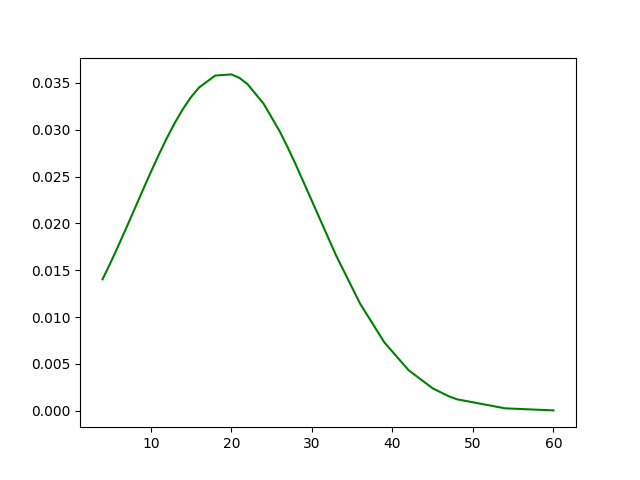
Repository: Suelt/Hust-SE-introduction-to-ML
Script's output: python Bayes Classification/Gaussian.py
The author's editor kept a copy of each file at every save. The script's output is drawn from the files as they stood at one save, then again after the next save.
Each picture stacks the figures in order, with grey between them; figures that are only written to a file come last. Random numbers start from a fixed seed.

Above is the script's output before, as saved 2021-04-28 12:15:29.

### Bayes Classification/Gaussian.py
import pandas as pd
import numpy as np
import matplotlib.pyplot as plt
import seaborn as sns
from scipy.stats import norm
credit = pd.read_csv("C:\\pyproject\\Bayes Classification\\transformed.csv")

df=credit[credit['credit_risk'].isin(['good'])]
list_status=df['duration']
length=list_status.shape[0]

values = list_status.value_counts().keys().tolist()
values.sort()
# Gaussian_result={}
# whole_percent=0
# rate=0
# #calculate the whole rate
# for value in values:
#     rate=list_status.value_counts()[value]/length
#     whole_percent+=rate
#     Gaussian_result[value]=whole_percent
# fig = plt.figure()
# ax = fig.add_subplot()
# x=[]
# y=[]
# for value in values:
#     x.append(value)
#     y.append(Gaussian_result[value])
# parameter = np.polyfit(x, y, 3)
# y2=[]

# for i in x:
#     y2_value = parameter[0] * i ** 3 + parameter[1] * i ** 2 + parameter[2] * i + parameter[3]
#     y2.append(y2_value)
# print(x)
# plt.scatter(x, y)
# plt.plot(x, y2, color='g')
# # for value in values:
# #     ax.scatter(value, list_status.value_counts()[value])
# ax.set_xlabel('value')
# ax.set_ylabel('value_counts')
# plt.grid()
# plt.show()

# sns.set()
# x=list(df['duration'])
# sns.distplot(x)



fig = plt.figure()
ax = fig.add_subplot()
arr_mean = np.mean(list_status)
arr_std = np.std(list_status,ddof=1)
gaussian_result=[]
y=[]
x=[]
for i in values:
    r_2 = norm.pdf(i, loc=arr_mean, scale=arr_std)
    y.append(r_2)
    x.append(i)
plt.plot(x,y,color='g')
plt.show()

Loaded but not shown: Bayes Classification/transformed.csv (1001 lines, source omitted)

After the next save:
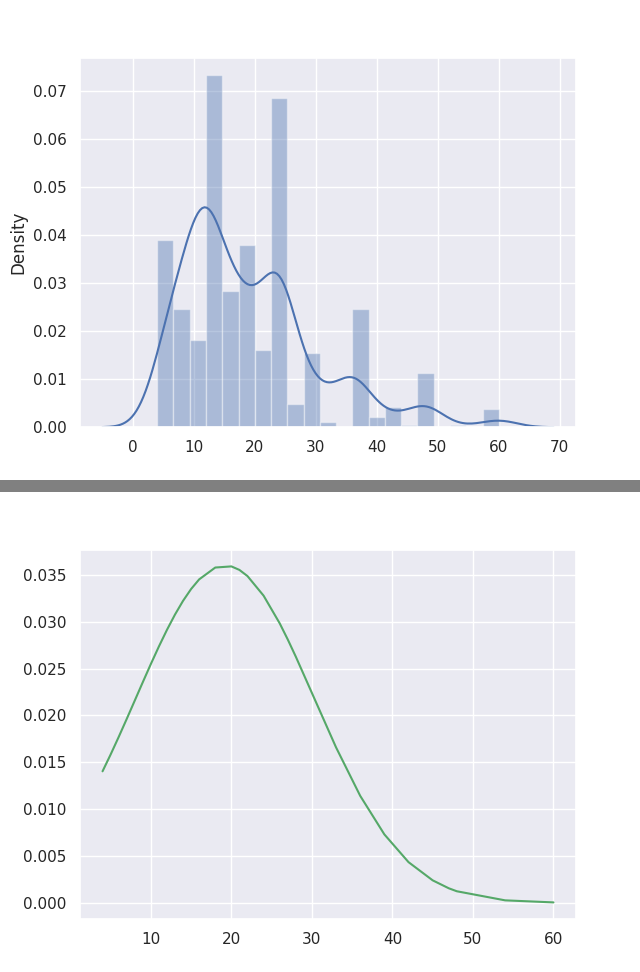
Saved 106 s later.
--- a/Bayes Classification/Gaussian.py
+++ b/Bayes Classification/Gaussian.py
@@ -42,9 +42,9 @@ values.sort()
 # plt.grid()
 # plt.show()
 
-# sns.set()
-# x=list(df['duration'])
-# sns.distplot(x)
+sns.set()
+x=list(df['duration'])
+sns.distplot(x)
 
 
 
